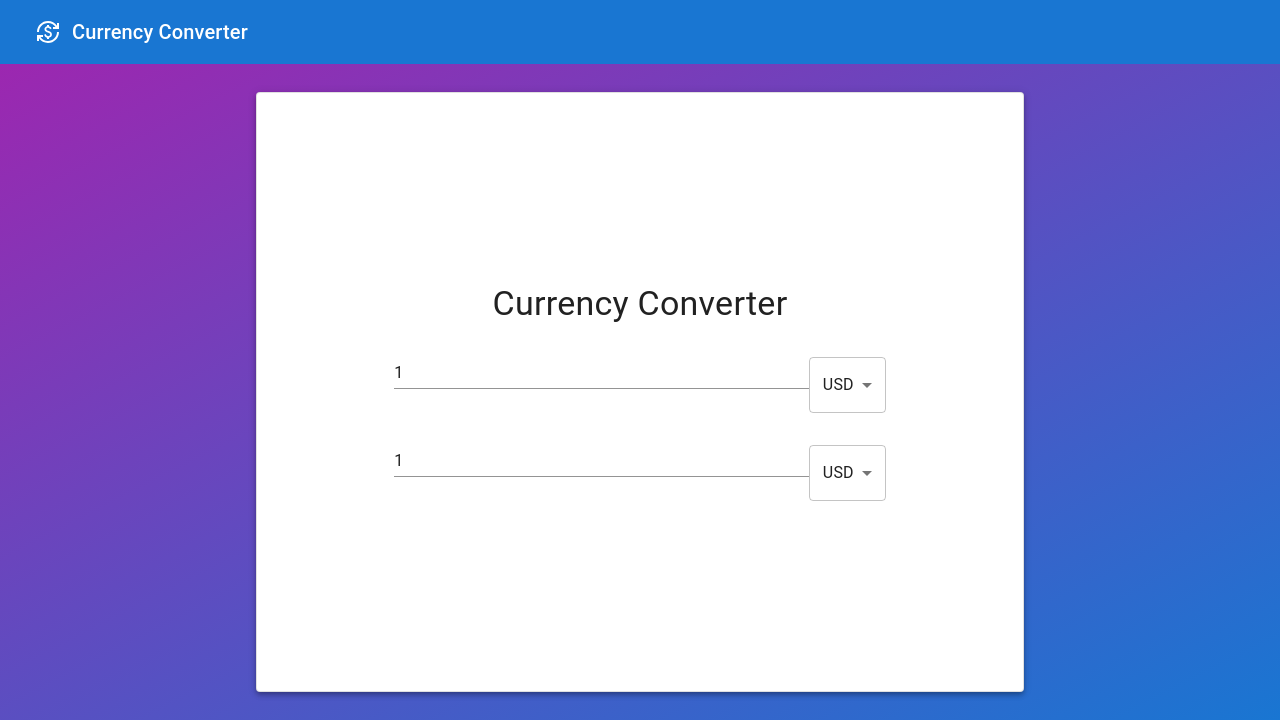
Repository: rutsguifd/currency-converter
Page: /
The author's editor kept a copy of each file at every save. The page is drawn from the files as they stood at one save, then again after the next save.
The browser window is 1280 px wide. The pictures show the whole page.
The project was rebuilt for these pictures with package versions that can differ from the ones it lists, and the page was loaded fresh each time.

Above is the page before, as saved 2023-03-28 17:25:16.

### src/index.js
import { CssBaseline } from "@mui/material";
import React from "react";
import ReactDOM from "react-dom/client";
import { Provider } from "react-redux";
import { BrowserRouter } from "react-router-dom";
import App from "./App";
import { setupStore } from "./store";

const store = setupStore();

const root = ReactDOM.createRoot(document.getElementById("root"));
root.render(
  <Provider store={store}>
    <BrowserRouter>
      <CssBaseline>
        <App />
      </CssBaseline>
    </BrowserRouter>
  </Provider>
);

### src/App.js
import AppRouter from "./router/AppRouter";

function App() {
  return (
    <>
      <AppRouter />
    </>
  );
}

export default App;

### src/store/index.js
import { combineReducers, configureStore } from "@reduxjs/toolkit";
import { ConverterAPI } from "./ConverterService";

const rootReducer = combineReducers({
  [ConverterAPI.reducerPath]: ConverterAPI.reducer,
});

export const setupStore = () => {
  return configureStore({
    reducer: rootReducer,
    middleware: (getDefaultMiddleware) =>
      getDefaultMiddleware().concat(ConverterAPI.middleware),
  });
};

### src/router/AppRouter.jsx
import React from "react";
import { Route, Routes } from "react-router-dom";
import HomePage from "../pages/HomePage";

const AppRouter = () => {
  return (
    <Routes>
      <Route path="/" element={<HomePage />} />
    </Routes>
  );
};

export default AppRouter;

### src/store/ConverterService.js
import { createApi, fetchBaseQuery } from "@reduxjs/toolkit/dist/query/react";

const BASE_URL = "https://api.apilayer.com/exchangerates_data/";

const BASE_QUERY = fetchBaseQuery({
  baseUrl: BASE_URL,
  prepareHeaders: (headers) => {
    headers.set("apikey", "3yTPGVUhUYyAGGgNkKb2MySzxmY4qcWi");
    return headers;
  },
});

export const ConverterAPI = createApi({
  reducerPath: "ConverterAPI",
  baseQuery: BASE_QUERY,
  tagTypes: ["ConverterAPI"],
  endpoints: (build) => ({
    getLatestCurrency: build.query({
      query: ({ symbols, base }) => `latest?symbols=${symbols}&base=${base}`,
    }),
    getConvertedCurrency: build.query({
      query: ({ to, from, amount }) =>
        `convert?to=${to}&from=${from}&amount=${amount}`,
    }),
  }),
});

### src/pages/HomePage.jsx
import React from "react";
import ConvertContainer from "../components/ConvertContainer";
import MainLayout from "../layout/MainLayout";

const HomePage = () => {
  return (
    <MainLayout>
      <ConvertContainer />
    </MainLayout>
  );
};

export default HomePage;

### src/components/ConvertContainer.jsx
import { Container, useTheme } from "@mui/material";
import React from "react";
import Convert from "./Convert";

const ConvertContainer = () => {
  const theme = useTheme();

  return (
    <Container
      maxWidth={false}
      disableGutters
      sx={{
        display: "flex",
        justifyContent: "center",
        alignItems: "center",
        minHeight: "calc(100vh - 64px)",
        background: `linear-gradient(to right bottom, ${theme.palette.secondary.main},  ${theme.palette.primary.main})`,
      }}
    >
      <Convert />
    </Container>
  );
};

export default ConvertContainer;

### src/layout/MainLayout.jsx
import React from "react";
import Header from "../components/Header";

const MainLayout = ({ children }) => {
  return (
    <>
      <Header />
      {children}
    </>
  );
};

export default MainLayout;

### src/components/Convert.jsx
import {
  Alert,
  Box,
  MenuItem,
  Paper,
  Select,
  TextField,
  Typography,
} from "@mui/material";
import React, { useState } from "react";
import useDebounce from "../hooks/useDebounce";
import { ConverterAPI } from "../store/ConverterService";

const Convert = () => {
  const debouncedFromAmount = useDebounce(getFromAmount, 500);
  const debouncedToAmount = useDebounce(getToAmount, 500);

  const [currentFromCurrency, setCurrentFromCurrency] = useState("USD");
  const [currentToCurrency, setCurrentToCurrency] = useState("USD");

  const [fromAmount, setFromAmount] = useState(1);
  const [trigger, { isError, isLoading, error }] =
    ConverterAPI.useLazyGetConvertedCurrencyQuery();
  const [toAmount, setToAmount] = useState(1);

  async function getFromAmount(to, from, amount) {
    const res = await trigger({
      to,
      from,
      amount,
    }).unwrap();
    setToAmount(res.result);
  }

  async function getToAmount(to, from, amount) {
    const res = await trigger({
      to,
      from,
      amount,
    }).unwrap();
    setFromAmount(res.result);
  }

  const handleFromChange = (e) => {
    setFromAmount(e.target.value);
    debouncedFromAmount(currentToCurrency, currentFromCurrency, e.target.value);
  };

  const handleToChange = async (e) => {
    setToAmount(e.target.value);
    debouncedToAmount(currentFromCurrency, currentToCurrency, e.target.value);
  };

  const handleFromSelect = (e) => {
    setCurrentFromCurrency(e.target.value);
    getToAmount(e.target.value, currentToCurrency, toAmount);
  };
  const handleToSelect = (e) => {
    setCurrentToCurrency(e.target.value);
    getFromAmount(e.target.value, currentFromCurrency, fromAmount);
  };
  return (
    <Paper
      variant="outlined"
      sx={{
        p: 4,
        display: "flex",
        flexDirection: "column",
        alignItems: "center",
        justifyContent: "center",
        width: "60vw",
        minWidth: "400px",
        height: "60vh",
        minHeight: "600px",
        gap: 4,
        boxShadow: 4,
      }}
    >
      <Typography variant="h4">Currency Converter</Typography>
      {isError ? (
        <Alert severity="error">{error.data.error.message}</Alert>
      ) : null}
      <Box display="flex" flexDirection="row" width="70%">
        <TextField
          onChange={handleFromChange}
          value={fromAmount}
          variant="standard"
          sx={{ width: "100%" }}
        />
        <Select
          id="demo-simple-select"
          value={currentFromCurrency}
          onChange={handleFromSelect}
        >
          <MenuItem value="UAH">UAH</MenuItem>
          <MenuItem value="USD">USD</MenuItem>
          <MenuItem value="EUR">EUR</MenuItem>
        </Select>
      </Box>
      <Box display="flex" flexDirection="row" width="70%">
        <TextField
          onChange={handleToChange}
          value={toAmount}
          variant="standard"
          sx={{ width: "100%" }}
        />
        <Select
          id="demo-simple-select"
          value={currentToCurrency}
          onChange={handleToSelect}
        >
          <MenuItem value="UAH">UAH</MenuItem>
          <MenuItem value="USD">USD</MenuItem>
          <MenuItem value="EUR">EUR</MenuItem>
        </Select>
      </Box>
    </Paper>
  );
};

export default Convert;

### src/components/Header.jsx
import {
  AppBar,
  Box,
  CircularProgress,
  IconButton,
  Toolbar,
  Typography,
} from "@mui/material";
import CurrencyExchangeIcon from "@mui/icons-material/CurrencyExchange";
import EuroSymbolIcon from "@mui/icons-material/EuroSymbol";
import AttachMoneyIcon from "@mui/icons-material/AttachMoney";
import React from "react";
import { ConverterAPI } from "../store/ConverterService";
import { useNavigate } from "react-router-dom";

const Header = () => {
  const navigate = useNavigate();

  //   const {
  //     data: USDData,
  //     error: USDError,
  //     isLoading: USDLoading,
  //   } = ConverterAPI.useGetLatestCurrencyQuery({
  //     symbols: "UAH",
  //     base: "USD",
  //   });
  //   const {
  //     data: EURData,
  //     error: EURError,
  //     isLoading: EURLoading,
  //   } = ConverterAPI.useGetLatestCurrencyQuery({
  //     symbols: "UAH",
  //     base: "EUR",
  //   });
  //   if (USDError || EURError) {
  //     return navigate("/error");
  //   }
  return (
    <Box sx={{ flexGrow: 1 }}>
      <AppBar position="static">
        <Toolbar>
          <IconButton size="large" color="inherit">
            <CurrencyExchangeIcon />
          </IconButton>
          <Typography variant="h6" component="div" sx={{ flexGrow: 1 }}>
            Currency Converter
          </Typography>
          {/* <Box margin={2} display="flex" flexDirection="row">
            <EuroSymbolIcon />
            {EURLoading ? (
              <CircularProgress />
            ) : (
              <Typography>{EURData.rates.UAH}</Typography>
            )}
          </Box>
          <Box margin={2} display="flex" flexDirection="row">
            <AttachMoneyIcon />
            {USDLoading ? (
              <CircularProgress />
            ) : (
              <Typography>{USDData.rates.UAH}</Typography>
            )}
          </Box> */}
        </Toolbar>
      </AppBar>
    </Box>
  );
};

export default Header;

### src/hooks/useDebounce.js
import { useCallback, useRef } from "react";

export default function useDebounce(callback, delay) {
  const timer = useRef();

  const debouncedCallback = useCallback(
    (...args) => {
      if (timer.current) {
        clearTimeout(timer.current);
      }
      timer.current = setTimeout(() => {
        callback(...args);
      }, delay);
    },
    [callback, delay]
  );

  return debouncedCallback;
}

Loaded but not shown: public/index.html (common file)

After the next save:
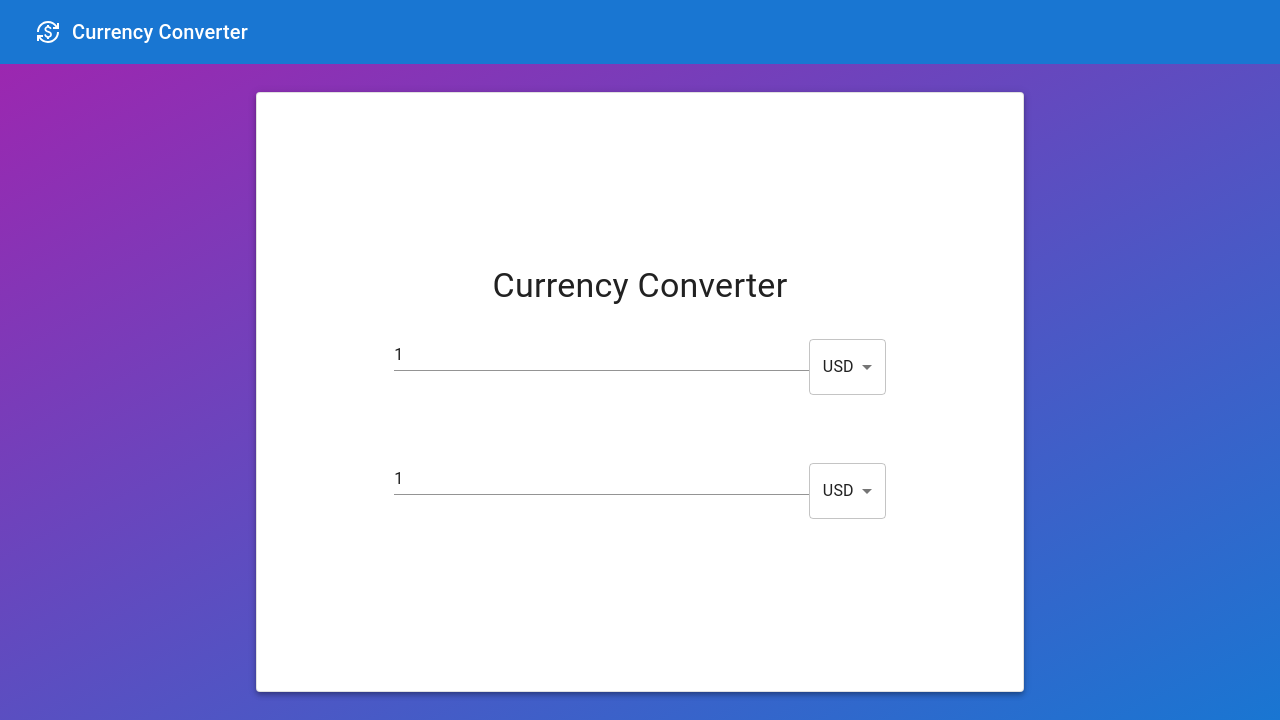
Saved 11 min 8 s later.
--- a/src/components/Convert.jsx
+++ b/src/components/Convert.jsx
@@ -1,6 +1,7 @@
 import {
   Alert,
   Box,
+  LinearProgress,
   MenuItem,
   Paper,
   Select,
@@ -97,6 +98,7 @@ const Convert = () => {
           <MenuItem value="EUR">EUR</MenuItem>
         </Select>
       </Box>
+      <LinearProgress sx={{ visibility: isLoading ? "visible" : "hidden" }} />
       <Box display="flex" flexDirection="row" width="70%">
         <TextField
           onChange={handleToChange}
